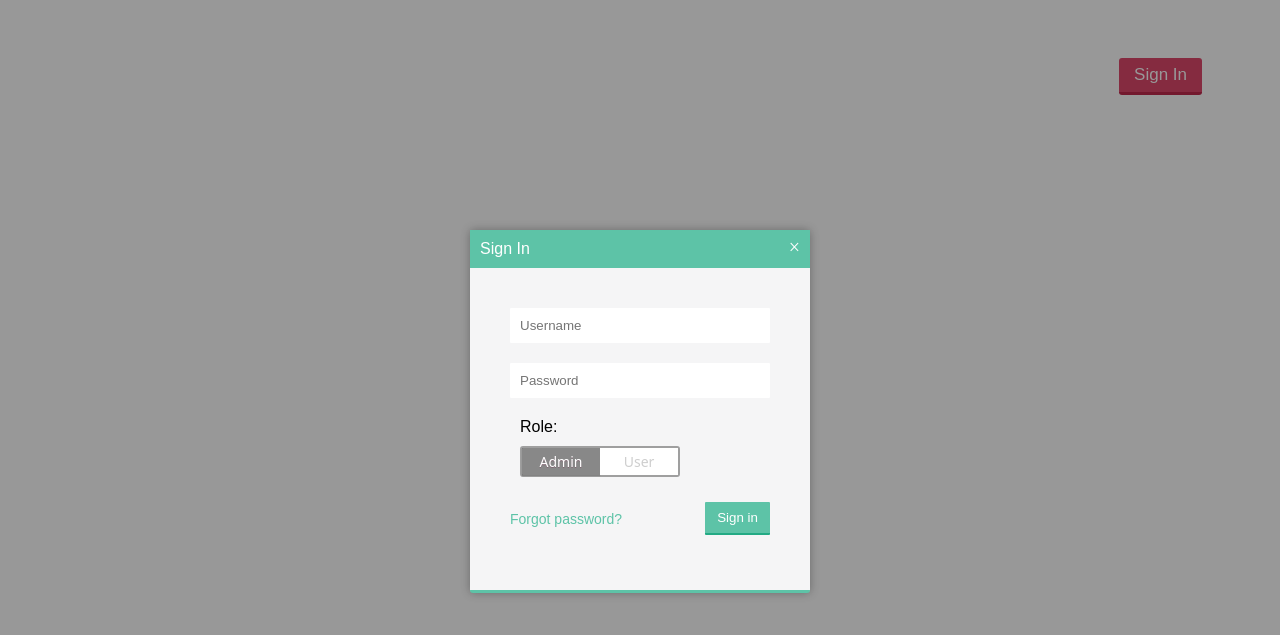
Repository: Mainak-Deb/EmployeeApprisalApp
Page: http://localhost/EmployeeApprisalForm/
The author's editor kept a copy of each file at every save. The page is drawn from the files as they stood at one save, then again after the next save.
The browser window is 1280 px wide. The pictures show the whole page.
The first `.radio input` is checked.
The page is served by Tomcat 9. Other server files are loaded and not shown.

Above is the page before, as saved 2023-06-16 06:27:03.

### EmployeeApprisalForm/src/main/webapp/WEB-INF/views/index.jsp
<%@ page language="java" contentType="text/html; charset=ISO-8859-1"
    pageEncoding="ISO-8859-1"%>
<!DOCTYPE html>
<html>
<head>
<meta charset="ISO-8859-1">
<title>Insert title here</title>
<link rel="stylesheet" href="public/styles/index.css" />
</head>
<body>
<span class="button">Sign In</span>
<div class="modal-bg">
<div id="modal">
	<span>Sign In<a href="#close" id="close">&#215;</a></span>
	<form>
		<input id="username" name="username" type="textbox" placeholder="Username" required>
		<input id="password" name="password" type="password" placeholder="Password" required>
		<div>
	         <label for="gender">Role:</label> <br>
	         <div class="radio">
				<input label="Admin" type="radio" id="admin" name="role" value="admin">
				<input label="User" type="radio" id="user" name="role" value="user" checked>
			</div>
		</div>
		<a id="forgot-link" href="#">Forgot password?</a>
		<button name="submit" id="submit" type="submit">Sign in</button>
	</form>
</div>
</div>
<script src="https://code.jquery.com/jquery-3.6.0.min.js"></script>
<script type="text/javascript">
$('.button').click(function(){
	  $('#modal').css('display','block');
	  $('.modal-bg').fadeIn();
});

	$('#close').click(function(){
		  $('.modal-bg').fadeOut();
		  $('#modal').fadeOut();
	  return false;
	});
</script>
</body>
</html>

### EmployeeApprisalForm/src/main/webapp/public/styles/index.css
@charset "ISO-8859-1";
body{
 /* background-color:#292B2C;*/
 font-family: 'PT Sans', sans-serif;
}
a{
	outline: 0;
	text-decoration: none;
}
.modal-bg{
	position:fixed;
	left:0;right:0;
	top:0;bottom:0;
	z-index:100;
	background-color:rgba(50,50,50,0.5);
}

.button{
	position:relative;
	font-size:17px;
	background:#DA244F;
	border-radius: 3px;
	border-bottom: 3px solid #B5002A;
	padding:7px 15px;
	color:#fff;
	cursor:pointer;
	float:right;
	margin:50px 70px;
 	-webkit-transition:margin 100ms;
	-moz-transition:margin 100ms;
	transition:margin 100ms ;
}
.button:active{
   margin: 53px 70px;
}
.button:hover{
	background:#C40532;
}
form{
	display:block;
	margin:30px;
  padding:px;
}
form *{
	margin:10px;
}
input:focus{
  outline:0;
}
input{
	width:240px;
	padding:10px;
	border:none;
	border-radius:1px;
}
button{
	float: right;
	padding: 8px 12px;
	margin-top: 15px;
	background: #5DC3A7;
	border: none;
	color: #fff;
	border-bottom: 2px solid #23AA84;
	border-radius: 1px;
	cursor: pointer;
}
button:active{
	margin: 18px 10px;
}
button:hover{
	background-color: #0FC491;
}
#forgot-link{
	font-size: 14px;
	line-height: 45px;
	color: #5DC3A7;
	display: inline-block;
}
#forgot-link:hover{
	color: #23AA84;
}
#modal{
	position:absolute;
	background-color:#F5F5F6;
	top:50%;
	left:50%;
	z-index:101;
	border-radius:3px;
	width:340px;
	height:360px;
	margin-top:-130px;
	margin-left:-170px;
	border-bottom: 3px solid #5DC3A7;
	box-shadow:0 0 10px 0 rgba(0,0,0,0.3);
}

#modal span{
	display: block;
	background:#5DC3A7;
	padding: 10px;
	color:#fff;
}
#close{
	float: right;
	color: #fff;
  margin-top:-4px;
	font-family: serif;
	font-size: 20px;
}
#close:hover{
	color:gray;
}


.radio {
	border-radius: 3px;
	border: 2px solid #2b2b2b6d;
	display:flex;
	flex-direction:row;
	width:60%;
}

.radio input {
	width: 50%;
	height: auto;
	margin:0px;
	margin-bottom:0px;
	-webkit-appearance: none;
	-moz-appearance: none;
	appearance: none;
	outline: none;
	cursor: pointer;
	border-radius:0px;
	padding: 4px 8px;
	background-color: rgba(255,255,255);
	color: #bdbdbdbd;
	font-size: 14px;
	font-family: system-ui, -apple-system, BlinkMacSystemFont, "Segoe UI", Roboto,
		"Helvetica Neue", Arial, "Noto Sans", sans-serif, "Apple Color Emoji",
		"Segoe UI Emoji", "Segoe UI Symbol", "Noto Color Emoji";
	transition: all 100ms linear;

}

.radio input:checked {
	background-color: rgba(0, 0, 0, 0.447);
	color: #fff;
	box-shadow: 0 1px 1px #0000002e;
	text-shadow: 0 1px 0px #79485f7a;
}

.radio input:before {
	content: attr(label);
	display: inline-block;
	text-align: center;
	width: 100%;
}

After the next save:
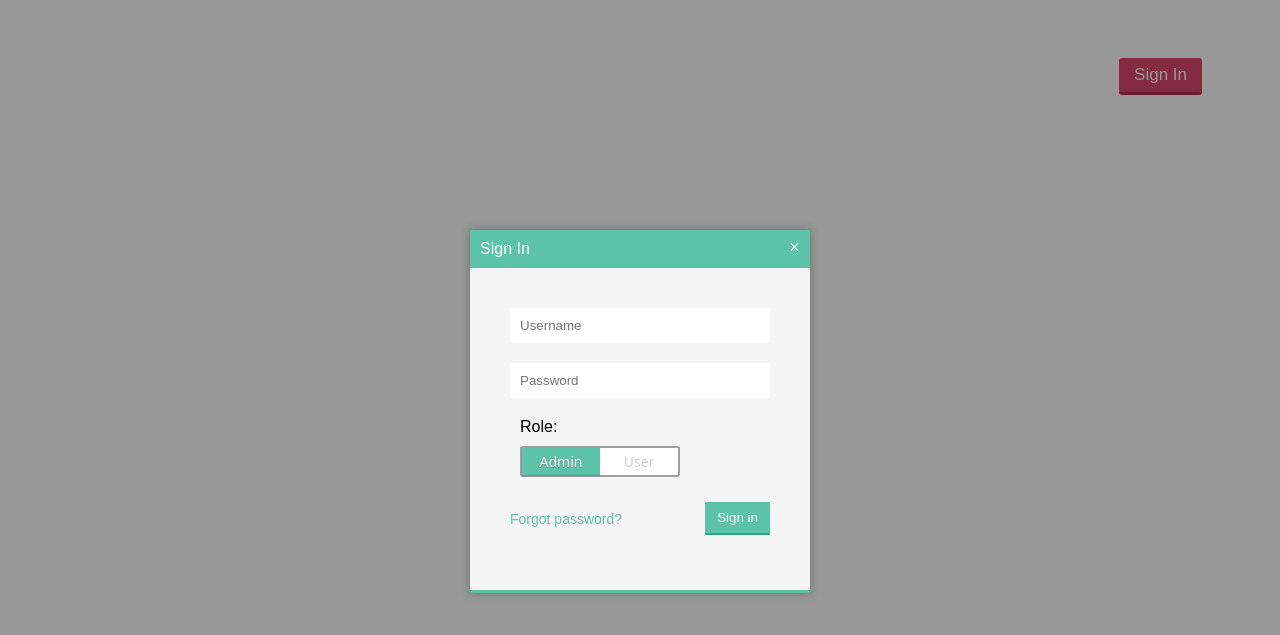
Saved 44 s later.
--- a/EmployeeApprisalForm/src/main/webapp/public/styles/index.css
+++ b/EmployeeApprisalForm/src/main/webapp/public/styles/index.css
@@ -143,7 +143,7 @@ button:hover{
 }
 
 .radio input:checked {
-	background-color: rgba(0, 0, 0, 0.447);
+	background-color:  #5DC3A7;
 	color: #fff;
 	box-shadow: 0 1px 1px #0000002e;
 	text-shadow: 0 1px 0px #79485f7a;
